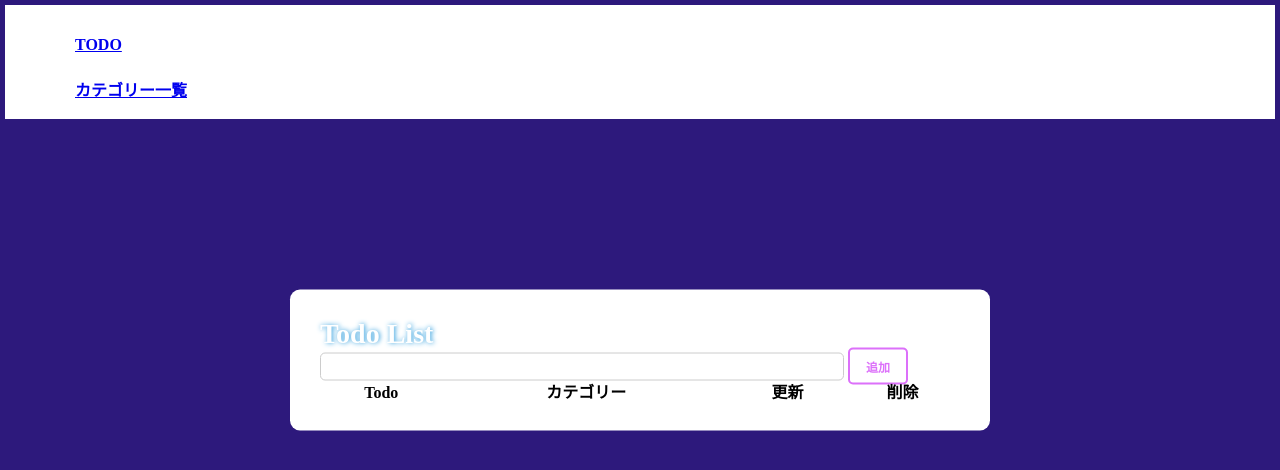
Repository: azuma2/cate
Page: http://localhost/cate
The author's editor kept a copy of each file at every save. The page is drawn from the files as they stood at one save, then again after the next save.
The browser window is 1280 px wide. The pictures show the whole page.
The page is served by the project's Laravel application, run on PHP 8.4 with Laravel 8. Queries for data that is not in the repository find no rows.

Above is the page before, as saved 2022-05-17 03:13:57.

After the next save:
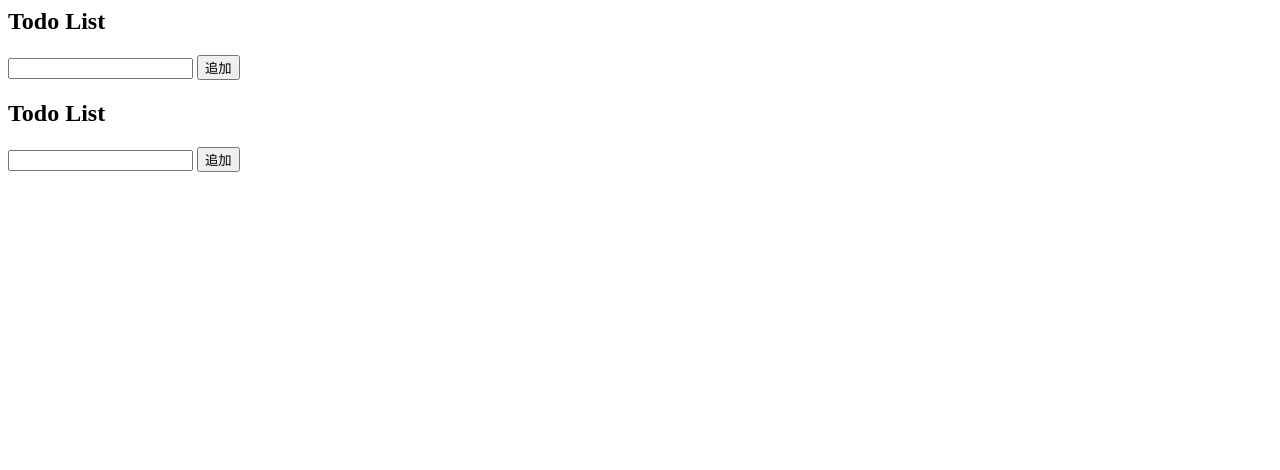
Saved 4 s later.
--- a/app/Http/Controllers/TodoController.php
+++ b/app/Http/Controllers/TodoController.php
@@ -50,6 +50,6 @@ class TodoController extends Controller
     {
         $items = Todo::all();
         $items = DB::select('select * from todos');
-        return view('index', ['items' => $items]);
+        return view('cate', ['items' => $items]);
     }
 }
